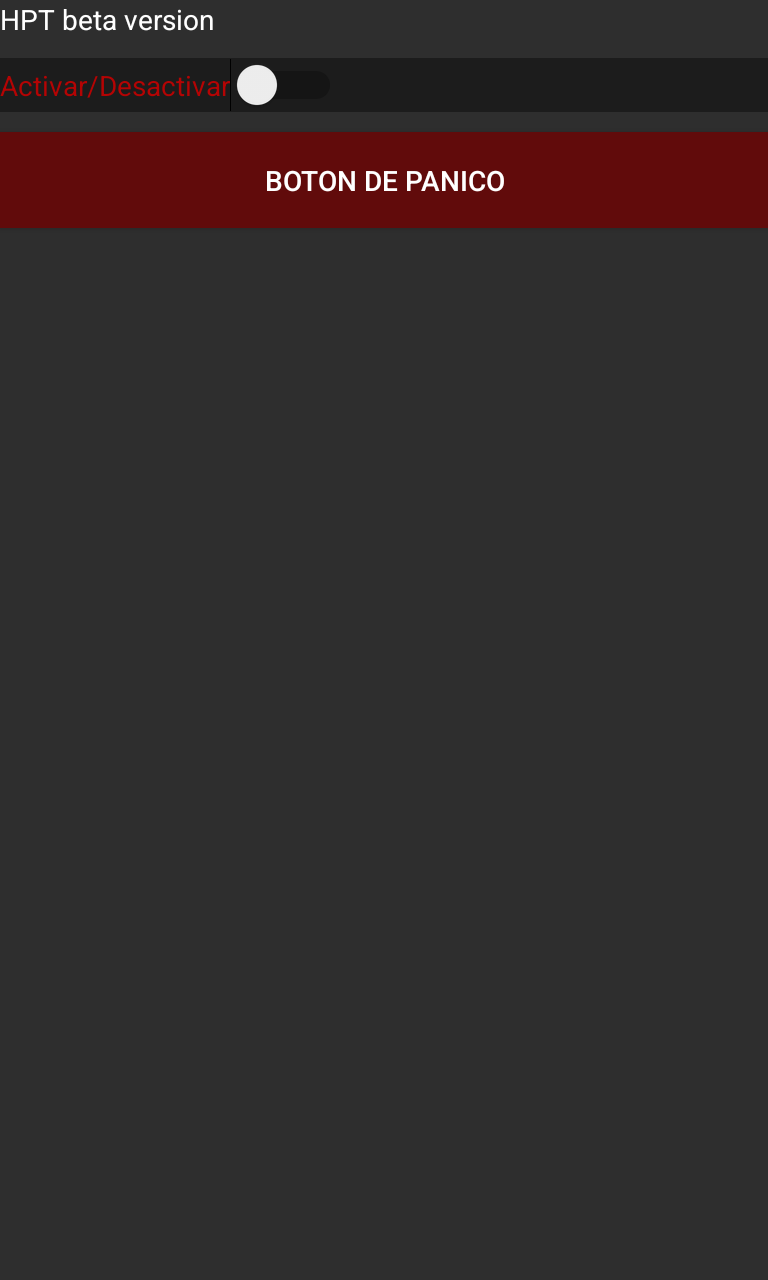
Repository: aludena18/android_apps
Layout: HunterPersonalTrack/res/layout/activity_main.xml
The author's editor kept a copy of each file at every save. The layout is drawn from the files as they stood at one save, then again after the next save.
It is drawn on a 768 x 1280 px phone screen (xhdpi) without system bars, with theme AppTheme; the app's code is not run.

Above is the layout before, as saved 2015-10-14 20:25:29.

### HunterPersonalTrack/res/layout/activity_main.xml
<LinearLayout xmlns:android="http://schemas.android.com/apk/res/android"
    xmlns:tools="http://schemas.android.com/tools"
    android:layout_width="match_parent"
    android:layout_height="match_parent"
    android:orientation="vertical"
    android:background="#2E2E2E"
    tools:context="com.alg.hunterpersonaltrack.MainActivity" >

    <TextView
        android:layout_width="wrap_content"
        android:layout_height="wrap_content"
        android:layout_marginBottom="10dp"
        android:textColor="#FFFFFF"
        android:text="@string/hello_world" />

    <LinearLayout
        android:layout_width="match_parent"
        android:layout_height="wrap_content"
        android:background="#1C1C1C">

        <Switch
	        android:id="@+id/swtOnOff"
    	    android:layout_width="wrap_content"
        	android:layout_height="wrap_content"
        	android:textColor="#B40404"
        	android:text="@string/etqSwtOnOff" />

    </LinearLayout>

    <Button
        android:id="@+id/btnPanico"
        android:layout_width="match_parent"
        android:layout_height="wrap_content"
        android:layout_marginTop="10dp"
        android:layout_marginBottom="10dp"
        android:background="#610B0B"
        android:textColor="#FFFFFF"
        android:text="@string/etqBtnPanico"/>


</LinearLayout>

### HunterPersonalTrack/res/values/strings.xml
<?xml version="1.0" encoding="utf-8"?>
<resources>

    <string name="app_name">Hunter Personal Track</string>
    <string name="hello_world">HPT beta version</string>
    <string name="action_settings">Settings</string>

    <string name="etqSwtOnOff">Activar/Desactivar</string>
    <string name="etqBtnPanico">Boton de Panico</string>

</resources>

Loaded but not shown: HunterPersonalTrack/res/values/styles.xml (common file); HunterPersonalTrack/res/values-v11/styles.xml (common file); HunterPersonalTrack/res/values-v14/styles.xml (common file)

After the next save:
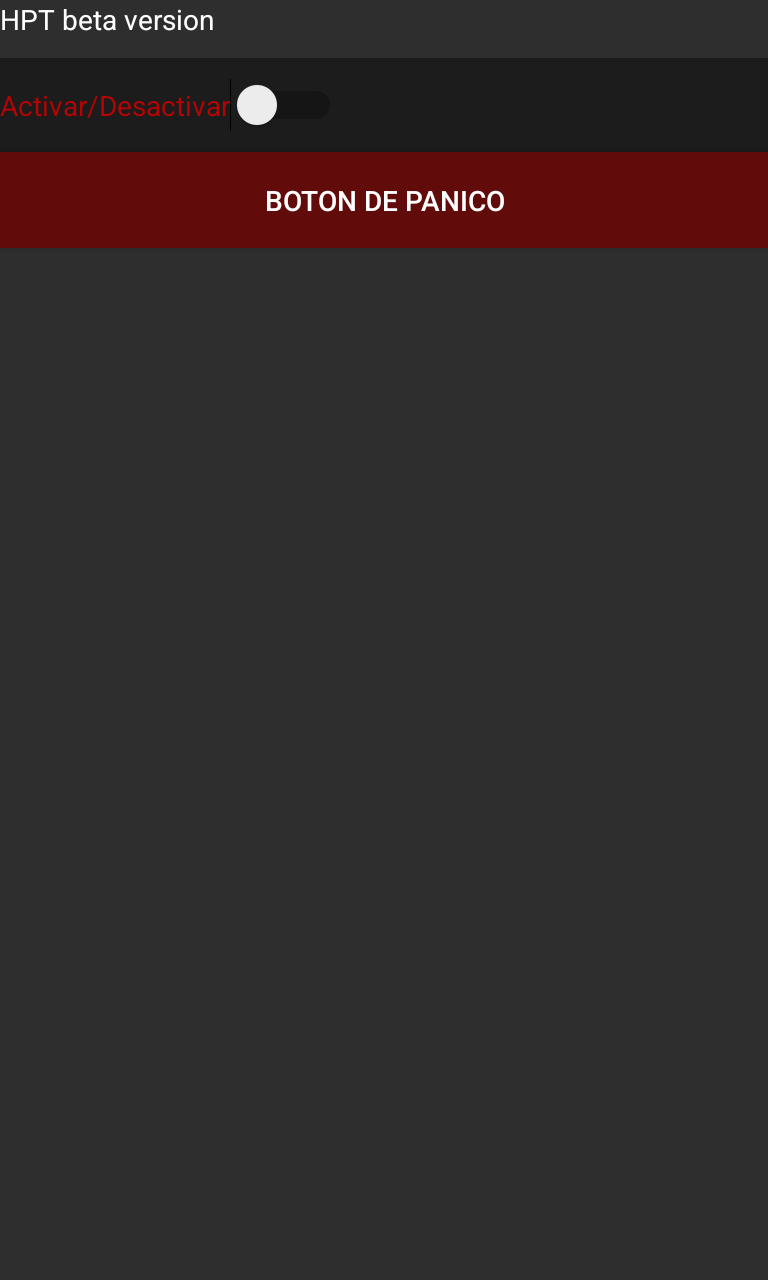
Saved 45 s later.
--- a/HunterPersonalTrack/res/layout/activity_main.xml
+++ b/HunterPersonalTrack/res/layout/activity_main.xml
@@ -22,6 +22,8 @@
 	        android:id="@+id/swtOnOff"
     	    android:layout_width="wrap_content"
         	android:layout_height="wrap_content"
+        	android:layout_marginTop="10dp"
+        android:layout_marginBottom="10dp"
         	android:textColor="#B40404"
         	android:text="@string/etqSwtOnOff" />
 
@@ -31,8 +33,6 @@
         android:id="@+id/btnPanico"
         android:layout_width="match_parent"
         android:layout_height="wrap_content"
-        android:layout_marginTop="10dp"
-        android:layout_marginBottom="10dp"
         android:background="#610B0B"
         android:textColor="#FFFFFF"
         android:text="@string/etqBtnPanico"/>
